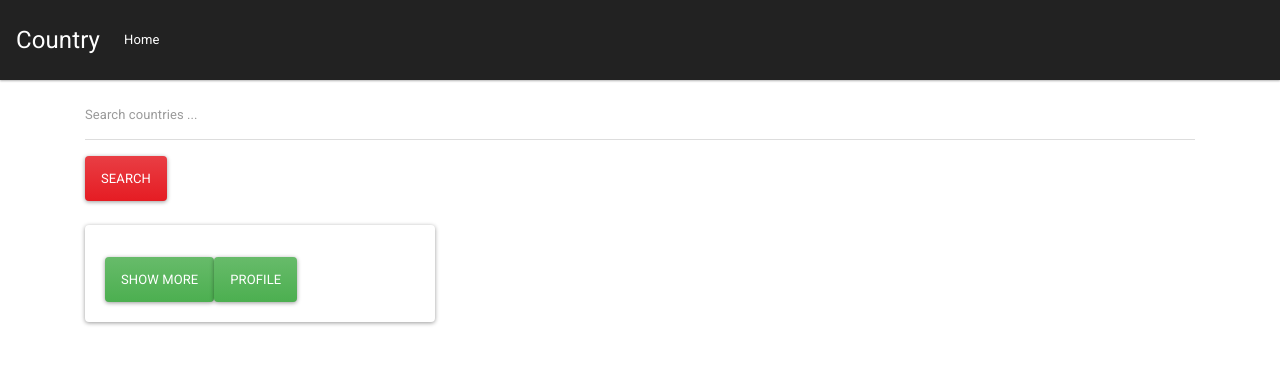
Repository: abdelhak-f/Countries_React
Page: / (app in client/)
The author's editor kept a copy of each file at every save. The page is drawn from the files as they stood at one save, then again after the next save.
The browser window is 1280 px wide. The pictures show the whole page.
The page's requests for data from a server got no answer. The project was rebuilt for these pictures with package versions that can differ from the ones it lists, and the page was loaded fresh each time. No one was signed in, and anything a server would have sent is missing.

Above is the page before, as saved 2021-05-06 12:05:25.

After the next save:
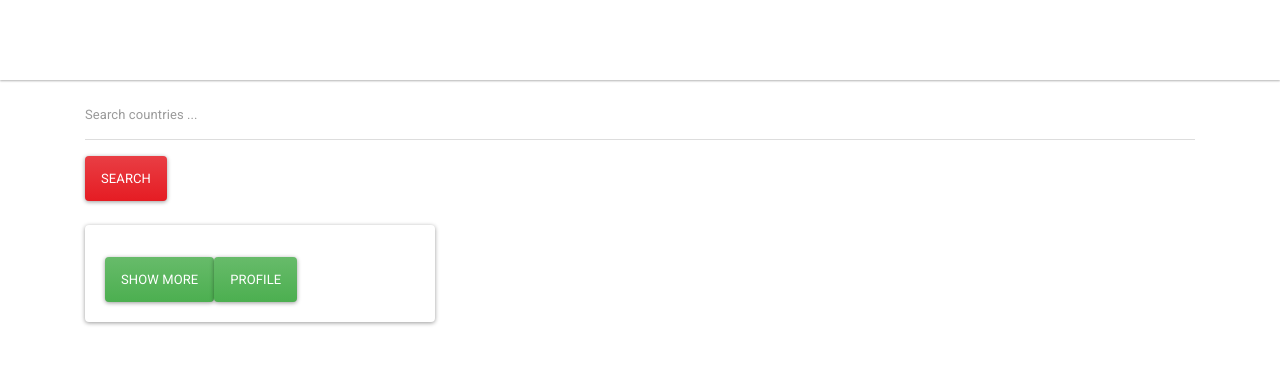
Saved 17 s later.
--- a/client/src/components/partials/Navbar.jsx
+++ b/client/src/components/partials/Navbar.jsx
@@ -3,7 +3,7 @@
 export default function Navbar() {
   return (
     <>
-    <nav className="navbar navbar-expand-sm navbar-dark bg-dark">
+    <nav className="navbar navbar-expand-sm navbar-dark bg-grey">
         <a className="navbar-brand" href="#">Country</a>
         <button className="navbar-toggler d-lg-none" type="button" data-toggle="collapse" data-target="#collapsibleNavId" aria-controls="collapsibleNavId"
             aria-expanded="false" aria-label="Toggle navigation">

After the 3 saves that followed:
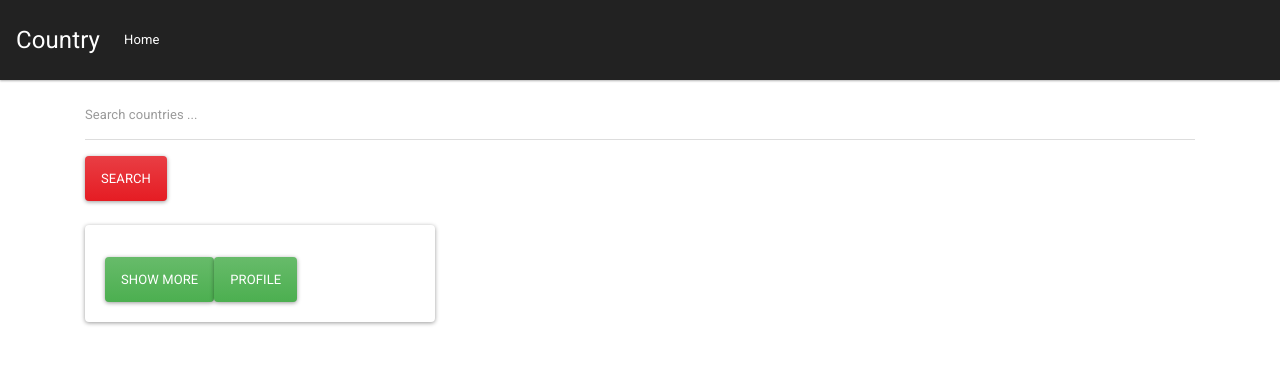
The 3 saves are shown as one change because 2 left the picture as it was.
The last was saved 38 s later.
--- a/client/src/components/partials/Navbar.jsx
+++ b/client/src/components/partials/Navbar.jsx
@@ -3,7 +3,7 @@
 export default function Navbar() {
   return (
     <>
-    <nav className="navbar navbar-expand-sm navbar-dark bg-grey">
+    <nav className="navbar navbar-expand-sm navbar-dark bg-dark">
         <a className="navbar-brand" href="#">Country</a>
         <button className="navbar-toggler d-lg-none" type="button" data-toggle="collapse" data-target="#collapsibleNavId" aria-controls="collapsibleNavId"
             aria-expanded="false" aria-label="Toggle navigation">
